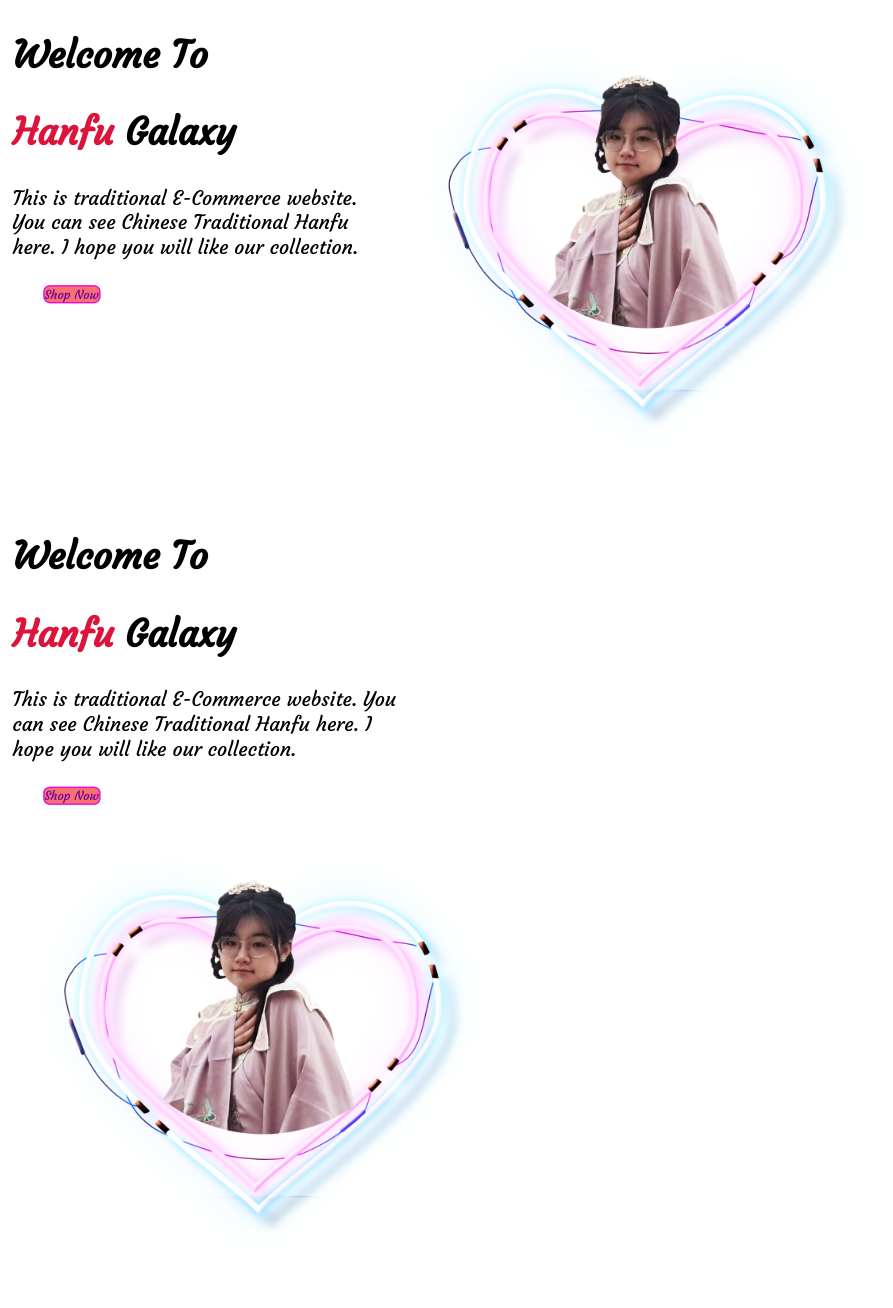
Repository: ramizraaz/E-Commerce
Page: index.html
These files come from the project's save history. The page is drawn as it stood at one moment and after a run of saves; the edit follows.
The browser window is 1280 px wide. The page is 1440 px wide, so the pictures cover 1440 px, including what lies to the right of the window. The pictures show the whole page, at 62% of full size.

Above is the page before, as saved 2022-02-06 21:11:55.

After the next 2 saves:
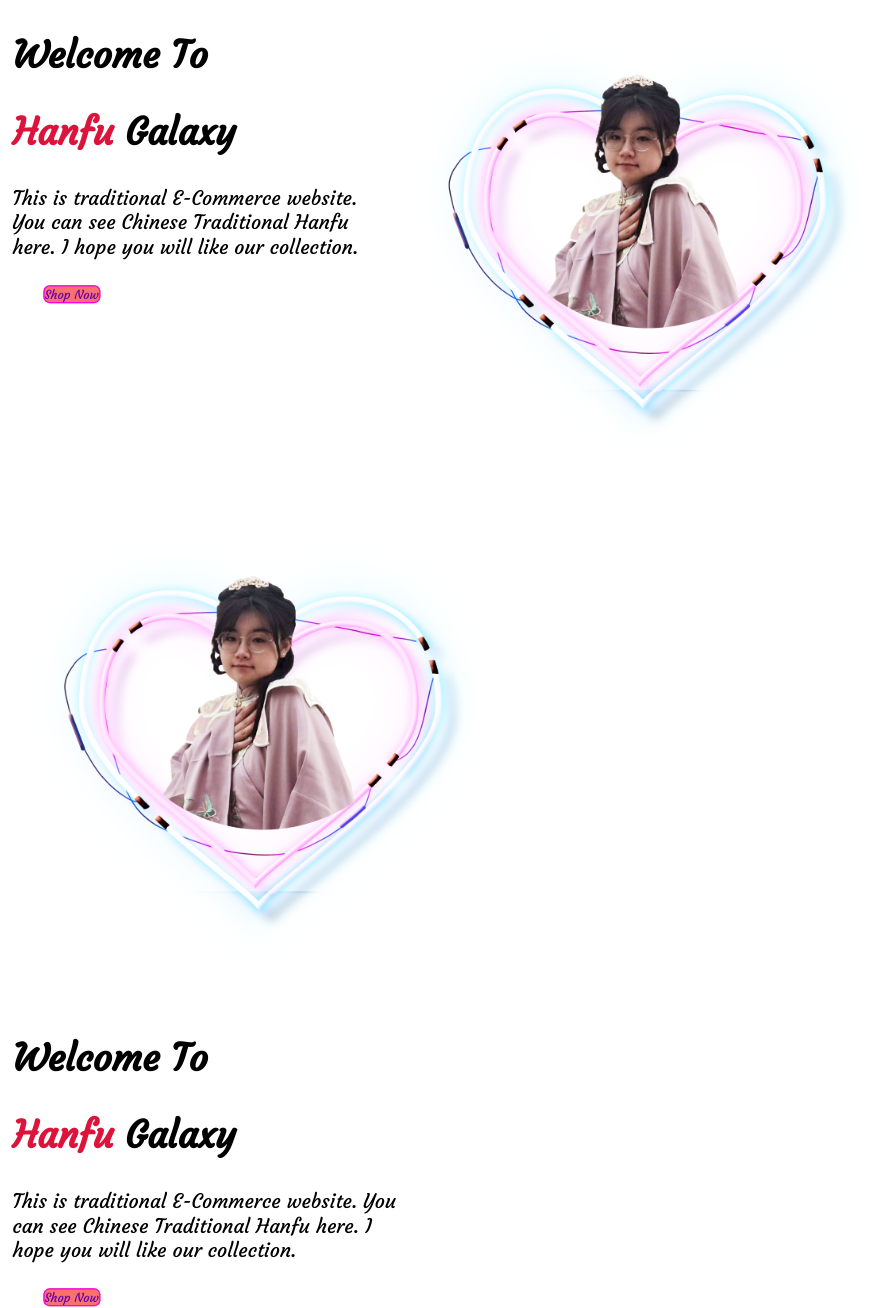
The 2 saves are shown as one change because they came seconds apart.
The last was saved 14 s later.
--- a/index.html
+++ b/index.html
@@ -24,15 +24,15 @@
     </section>
     <section class="mid">
         <div class="container">
+            <img src="images/bg-1.png" alt="showart">
+        </div>
+        <div class="container">
             <h1>Welcome To </h1>
             <h1><span> Hanfu </span>Galaxy</h1>
             <p>This is traditional E-Commerce website. You can see Chinese Traditional Hanfu here. I hope you will like our collection.
             </p>
             <a href="index.html">Shop Now</a>
         </div>
-        <div class="container">
-            <img src="images/bg-1.png" alt="showart">
-        </div>
     </section>
 </body>
 
